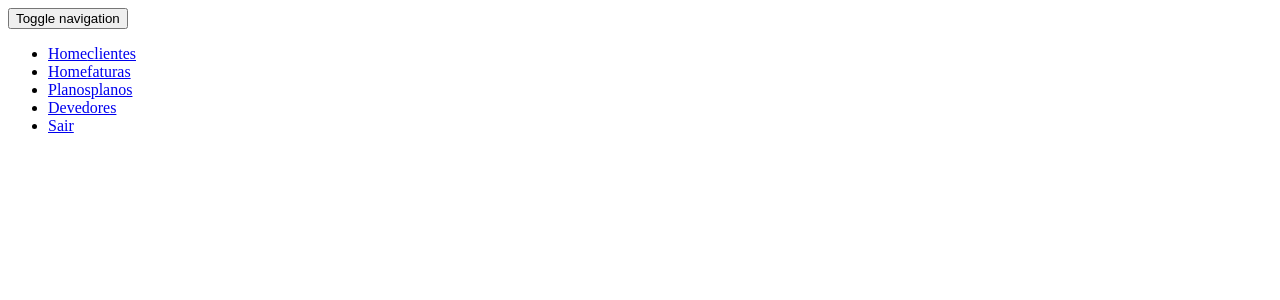
Repository: icaroplive/dashboard_carteira_acoes
Page: views/sidebar.html
These files come from the project's save history. The page is drawn as it stood at one moment and after the next save; the edit follows.
The browser window is 1280 px wide. The pictures show the whole page.

Above is the page before, as saved 2020-04-23 23:20:51.

### views/sidebar.html

<nav class="navbar navbar-default" role="navigation">
    <div class="container-fluid">
    <div class="navbar-header">
      <button type="button" class="navbar-toggle" data-toggle="collapse" data-target="#bs-sidebar-navbar-collapse-1">
        <span class="sr-only">Toggle navigation</span>
        <span class="icon-bar"></span>
        <span class="icon-bar"></span>
        <span class="icon-bar"></span>
      </button>
    </div>
    <div class="collapse navbar-collapse" id="bs-sidebar-navbar-collapse-1">
      <ul class="nav navbar-nav">
        <li ng-class="{active : location.path() =='/clientes'}""><a href="#/clientes">Home<span style="font-size:16px;" class="pull-left hidden-xs showopacity glyphicon glyphicon-home"></span>clientes</a></li>
        <li ng-class="{active : location.path() =='/faturas'}""><a href="#/faturas">Home<span style="font-size:16px;" class="pull-left hidden-xs showopacity glyphicon glyphicon-home"></span>faturas</a></li>

		 <li ng-class="{active : location.path() =='/planos'}""><a href="#/planos">Planos<span style="font-size:16px;" class="pull-left hidden-xs showopacity glyphicon glyphicon-home"></span>planos</a></li>
		  <li ng-class="{active : location.path() =='/devedores'}""><a href="#/devedores">Devedores<span style="font-size:16px;" class="pull-left hidden-xs showopacity glyphicon glyphicon-home"></span></a></li>

		<li>
		<a href="#/logoff">Sair <span style="font-size:16px;" class="pull-rigt hidden-xs showopacity glyphicon glyphicon-log-in"></span></a>
		</li>
      </ul>
    </div>
  </div>
</nav>
</div>

After the next save:
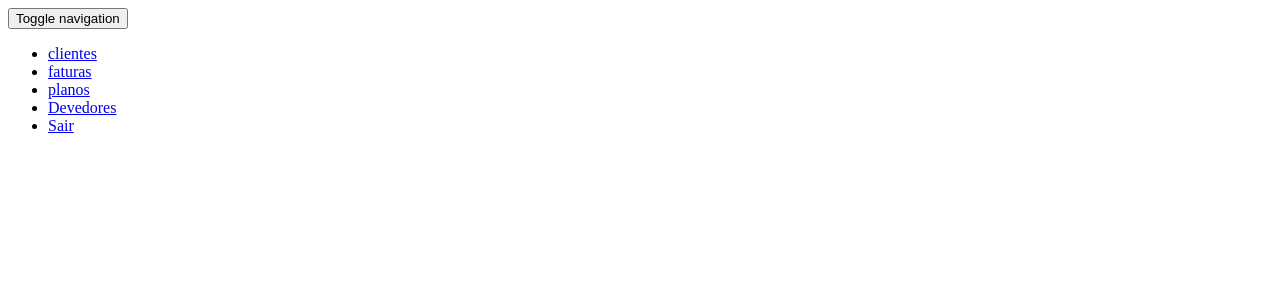
Saved 23 s later.
--- a/views/sidebar.html
+++ b/views/sidebar.html
@@ -11,10 +11,10 @@
     </div>
     <div class="collapse navbar-collapse" id="bs-sidebar-navbar-collapse-1">
       <ul class="nav navbar-nav">
-        <li ng-class="{active : location.path() =='/clientes'}""><a href="#/clientes">Home<span style="font-size:16px;" class="pull-left hidden-xs showopacity glyphicon glyphicon-home"></span>clientes</a></li>
-        <li ng-class="{active : location.path() =='/faturas'}""><a href="#/faturas">Home<span style="font-size:16px;" class="pull-left hidden-xs showopacity glyphicon glyphicon-home"></span>faturas</a></li>
+        <li ng-class="{active : location.path() =='/clientes'}""><a href="#/clientes">clientes<span style="font-size:16px;" class="pull-left hidden-xs showopacity glyphicon glyphicon-home"></span></a></li>
+        <li ng-class="{active : location.path() =='/faturas'}""><a href="#/faturas">faturas<span style="font-size:16px;" class="pull-left hidden-xs showopacity glyphicon glyphicon-home"></span></a></li>
 
-		 <li ng-class="{active : location.path() =='/planos'}""><a href="#/planos">Planos<span style="font-size:16px;" class="pull-left hidden-xs showopacity glyphicon glyphicon-home"></span>planos</a></li>
+		 <li ng-class="{active : location.path() =='/planos'}""><a href="#/planos">planos<span style="font-size:16px;" class="pull-left hidden-xs showopacity glyphicon glyphicon-home"></span></a></li>
 		  <li ng-class="{active : location.path() =='/devedores'}""><a href="#/devedores">Devedores<span style="font-size:16px;" class="pull-left hidden-xs showopacity glyphicon glyphicon-home"></span></a></li>
 
 		<li>
